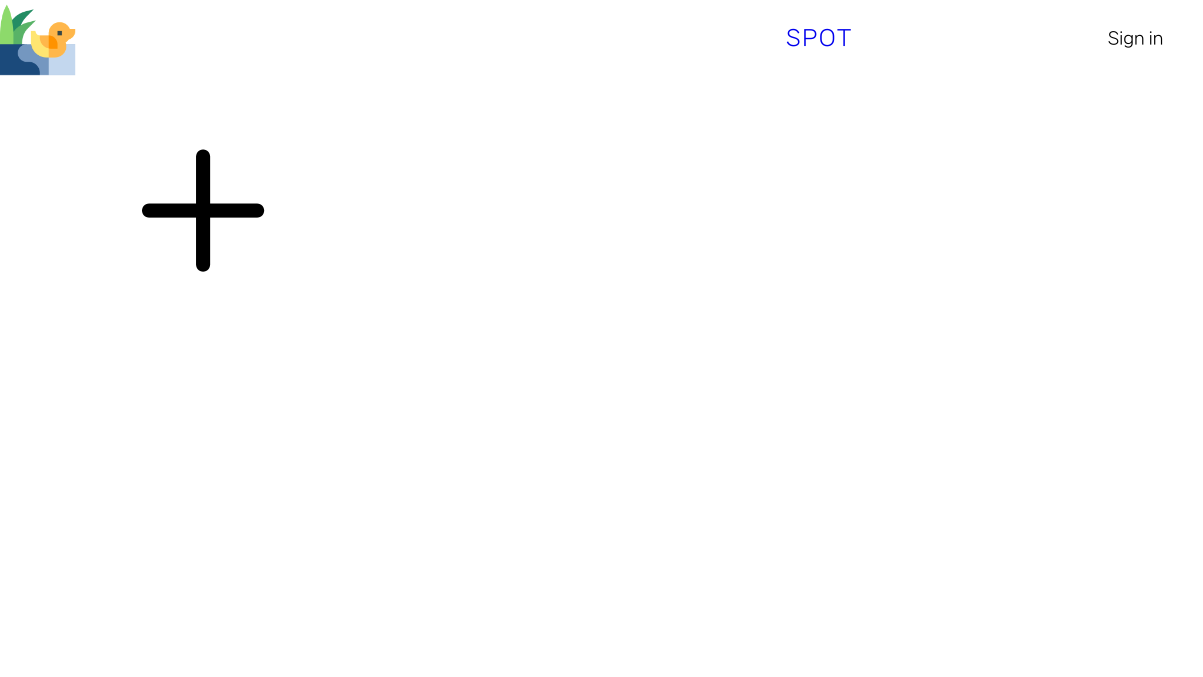
Repository: songeunleee/youngrangho
Page: /
The author's editor kept a copy of each file at every save. The page is drawn from the files as they stood at one save, then again after the next save.
The browser window is 1280 px wide. The pictures show the whole page, at 94% of full size.
The page's requests for data from a server got no answer. Some web libraries are served in a nearby version. The project was rebuilt for these pictures with package versions that can differ from the ones it lists, and the page was loaded fresh each time. Some packages were replaced by stand-ins written for this rebuild. No one was signed in, and anything a server would have sent is missing. Also part of the build but not shown: src/app.module.css, src/components/add_card/add_card.module.css, src/components/add_card/add_card.jsx, src/components/activity/activity.module.css, src/components/add_form/add_form.module.css, src/components/add_form/add_form.jsx, src/components/footer/footer.module.css, src/components/footer/footer.jsx and 10 more.

Above is the page before, as saved 2022-11-12 03:04:16.

After the next save:
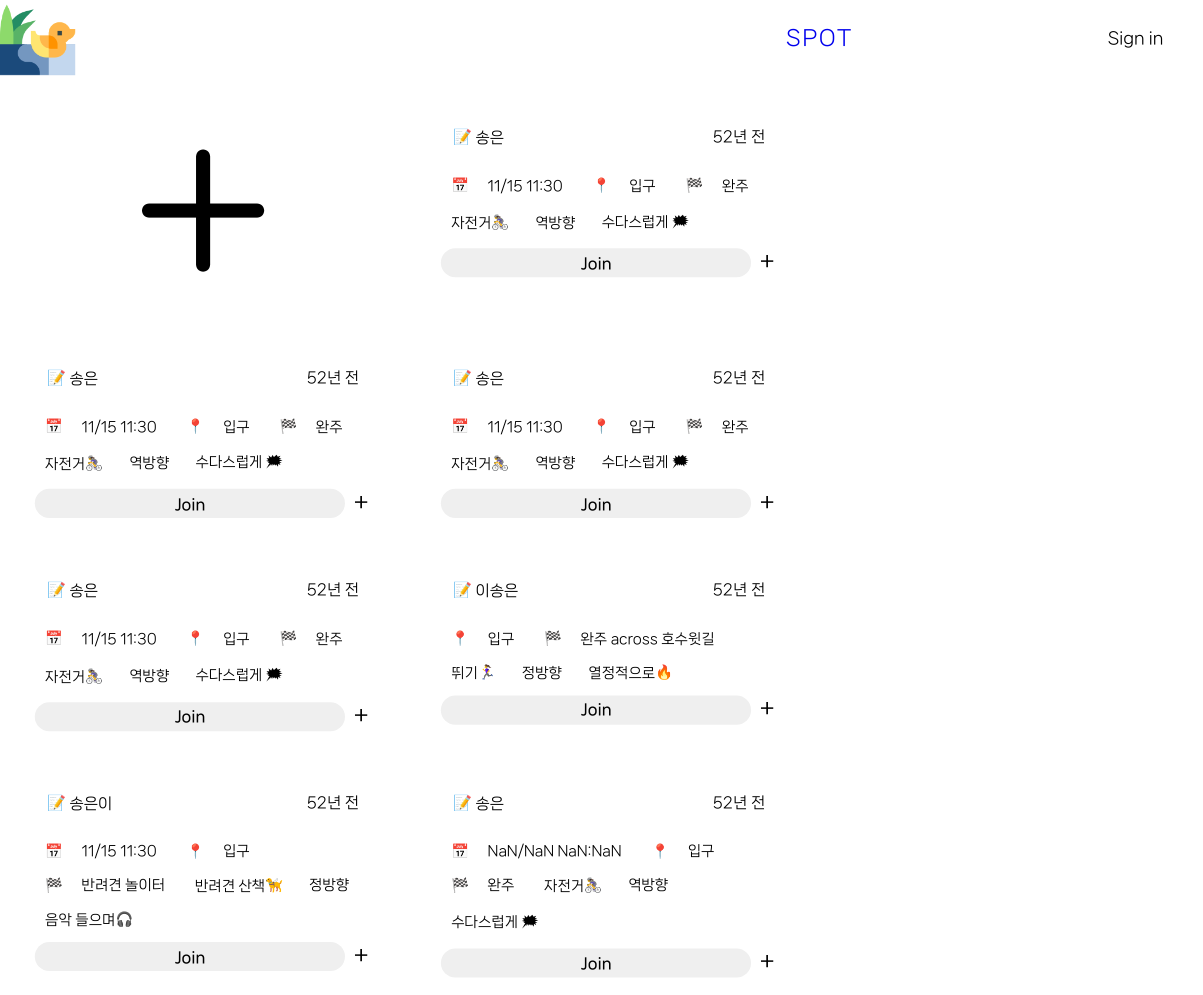
Saved 5 s later.
--- a/src/components/activity_list/activity_list.jsx
+++ b/src/components/activity_list/activity_list.jsx
@@ -17,8 +17,8 @@ const ActivityList = ({ cards, user, addJoin, DropJoin }) => {
             <i className={`fa-solid fa-plus ${styles.img}`}></i>
           </div>
         </div>
-        {
-          Object.keys(cards).map((key) => (
+        {Object.keys(cards)
+          .map((key) => (
             <ActivityItem
               key={key}
               card={cards[key]}
@@ -26,8 +26,8 @@ const ActivityList = ({ cards, user, addJoin, DropJoin }) => {
               addJoin={addJoin}
               DropJoin={DropJoin}
             />
-          )).reverse
-        }
+          ))
+          .reverse()}
       </div>
     </section>
   );
